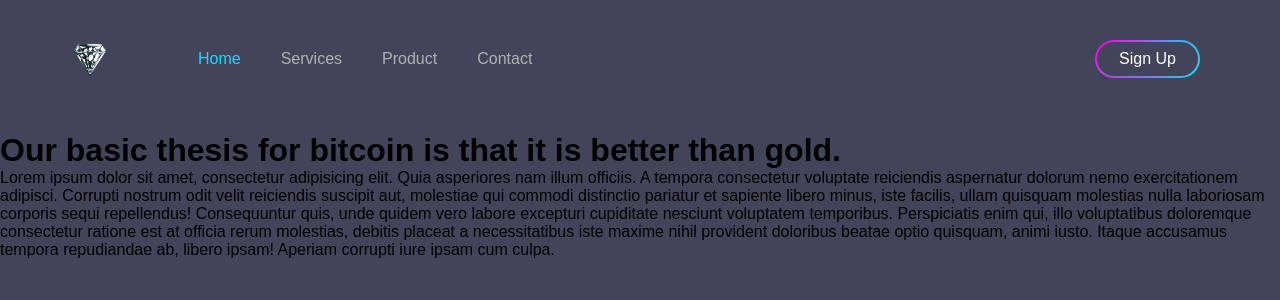
Repository: Aakarshit-Sharma19/Basic-HTML-and-CSS-Page-
Page: index.html
An editor plug-in stored every save of this project. The page is shown before and after the next save, followed by the edit.
The browser window is 1280 px wide. The pictures show the whole page.

Above is the page before, as saved 2020-11-10 15:20:54.

After the next save:
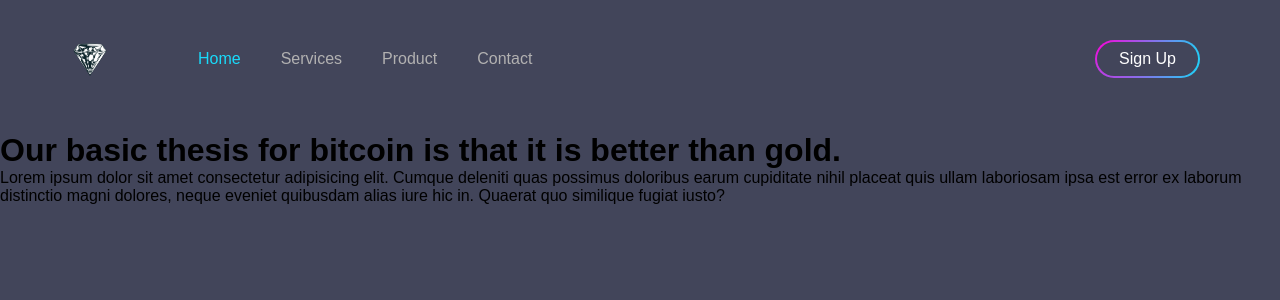
Saved 33 s later.
--- a/index.html
+++ b/index.html
@@ -21,7 +21,9 @@
         <div class="banner">
             <div class="app-text">
                 <h1>Our basic thesis for bitcoin is that it is better than gold.</h1>
-                <p>Lorem ipsum dolor sit amet, consectetur adipisicing elit. Quia asperiores nam illum officiis. A tempora consectetur voluptate reiciendis aspernatur dolorum nemo exercitationem adipisci. Corrupti nostrum odit velit reiciendis suscipit aut, molestiae qui commodi distinctio pariatur et sapiente libero minus, iste facilis, ullam quisquam molestias nulla laboriosam corporis sequi repellendus! Consequuntur quis, unde quidem vero labore excepturi cupiditate nesciunt voluptatem temporibus. Perspiciatis enim qui, illo voluptatibus doloremque consectetur ratione est at officia rerum molestias, debitis placeat a necessitatibus iste maxime nihil provident doloribus beatae optio quisquam, animi iusto. Itaque accusamus tempora repudiandae ab, libero ipsam! Aperiam corrupti iure ipsam cum culpa.</p>
+                <p>Lorem ipsum dolor sit amet consectetur adipisicing elit. Cumque deleniti quas possimus doloribus
+                    earum cupiditate nihil placeat quis ullam laboriosam ipsa est error ex laborum distinctio magni
+                    dolores, neque eveniet quibusdam alias iure hic in. Quaerat quo similique fugiat iusto?</p>
             </div>
         </div>
     </div>
